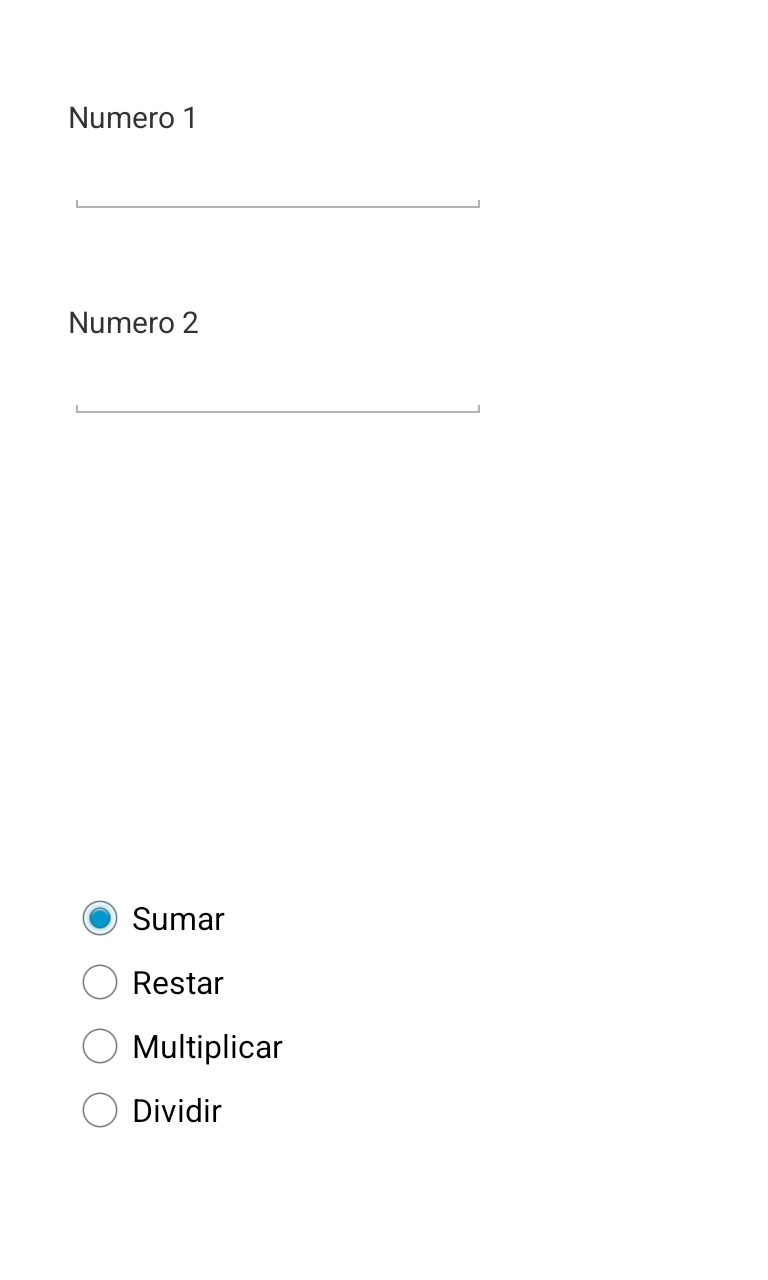
Repository: puntojar/Prueba_-1_Android
Layout: Calculadora/res/layout/activity_main.xml
The author's editor kept a copy of each file at every save. The layout is drawn from the files as they stood at one save, then again after the next save.
It is drawn on a 768 x 1280 px phone screen (xhdpi) without system bars, with theme AppTheme; the app's code is not run.

Above is the layout before, as saved 2015-03-08 18:16:13.

After the next save:
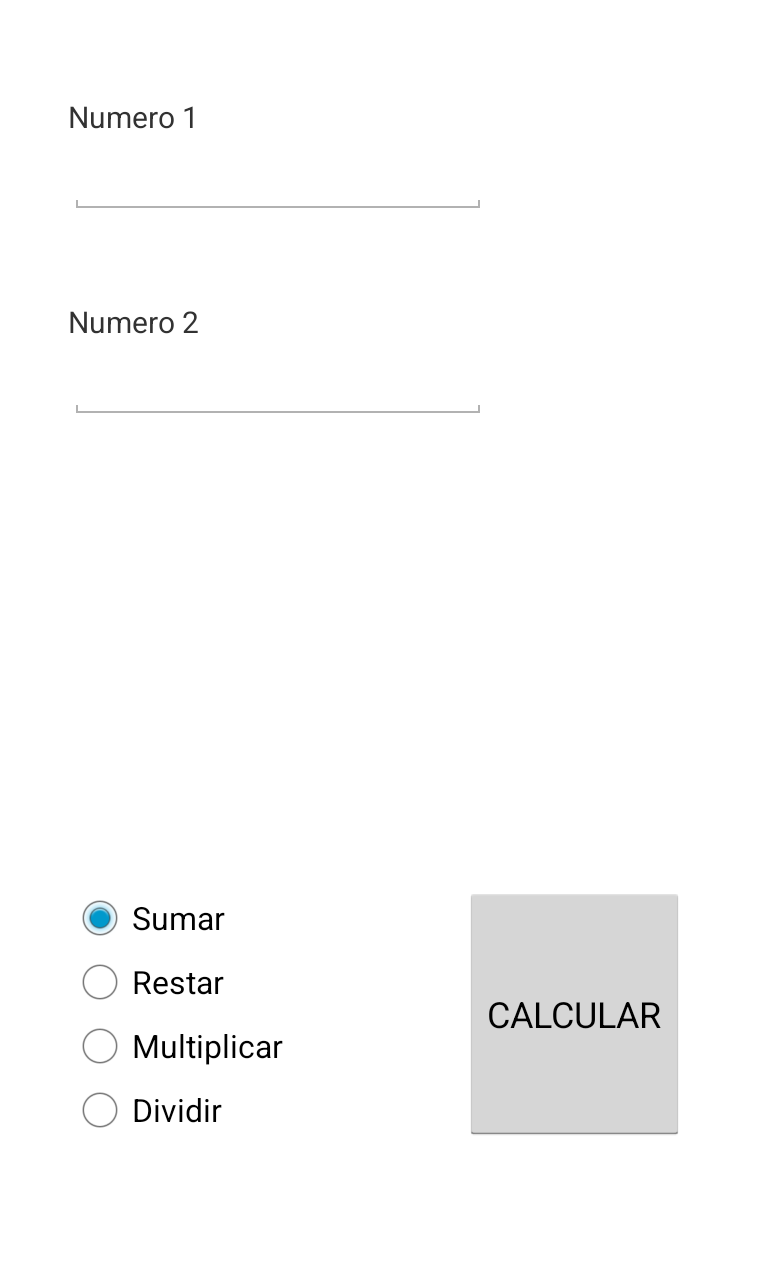
Saved 84 s later.
--- a/Calculadora/res/layout/activity_main.xml
+++ b/Calculadora/res/layout/activity_main.xml
@@ -76,4 +76,15 @@
             android:text="Dividir" />
     </RadioGroup>
 
+    <Button
+        android:id="@+id/button1"
+        style="@android:style/Animation"
+        android:layout_width="wrap_content"
+        android:layout_height="wrap_content"
+        android:layout_alignBottom="@+id/radioGroup1"
+        android:layout_alignParentRight="true"
+        android:layout_alignTop="@+id/radioGroup1"
+        android:layout_marginRight="41dp"
+        android:text="CALCULAR" />
+
 </RelativeLayout>
